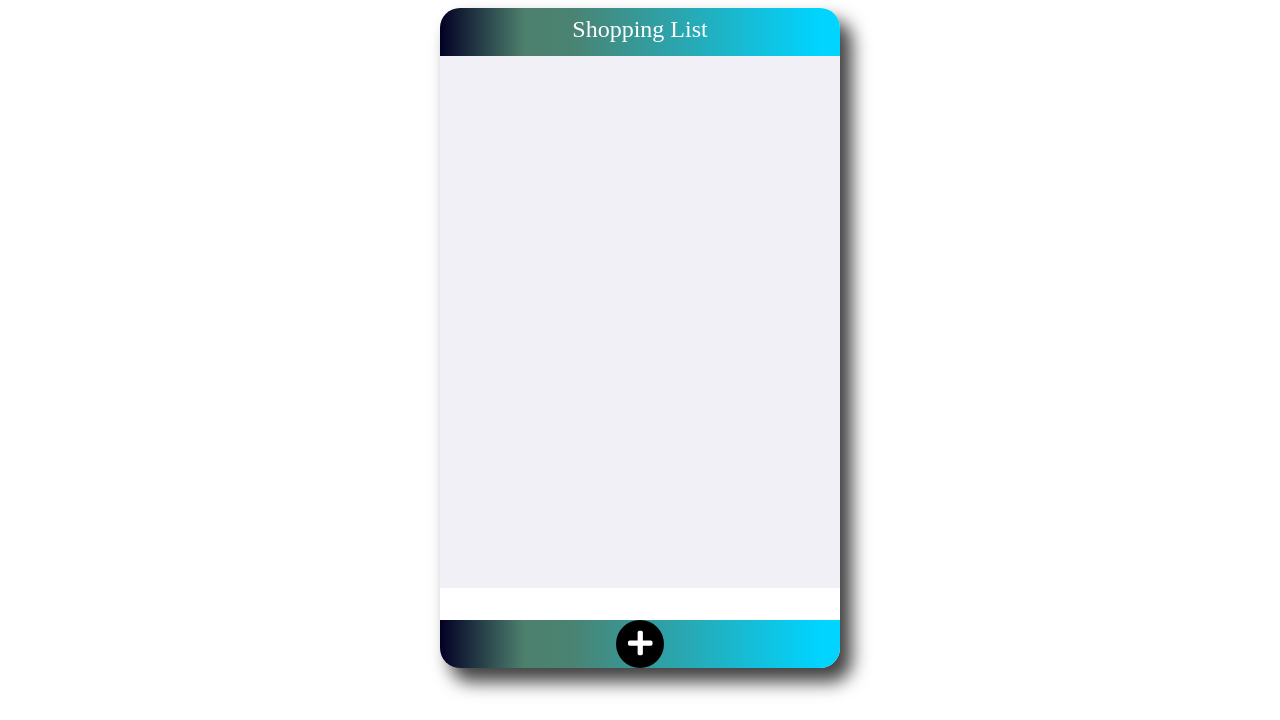
Repository: woojinShim/Browser-Study
Page: shopping/index.html
The author's editor kept a copy of each file at every save. The page is drawn from the files as they stood at one save, then again after the next save.
The browser window is 1280 px wide. The pictures show the whole page.

Above is the page before, as saved 2022-02-07 15:32:32.

### shopping/index.html
<!DOCTYPE html>
<html lang="en">
<head>
    <meta charset="UTF-8">
    <meta http-equiv="X-UA-Compatible" content="IE=edge">
    <meta name="viewport" content="width=device-width, initial-scale=1.0">
    <title>Document</title>
    <script src="main.js" defer></script>
    <link rel="stylesheet" href="style.css">
    <script src="https://use.fontawesome.com/releases/v5.15.4/js/all.js" data-auto-replace-svg="nest"></script>
</head>
<body>
    <section class="list">
        <header class="header">Shopping List</header>
        <ul class="items">
            <li class="item__row"></li>
        </ul>
        <footer class="footer">
            <form class="new-form">
                <input type="text" class="footer__input">
                <button type="submit" class="footer__button"><i class="fas fa-plus"></i></button>
            </form>
        </footer>
    </section>
</body>
</html>

### shopping/main.js
const items = document.querySelector('.items');
const form = document.querySelector('.new-form');
const input = document.querySelector('.footer__input');
const addBtn = document.querySelector('.footer__button');

form.addEventListener('submit', event => {
    event.preventDefault();
    onAdd();
})

function onAdd() {
    // 1. 사용자가 입력한 텍스트를 받아옴.
    const text = input.value;

    if(text === '') {
        input.focus();
        return;
    }
    // 2. 새로운 아이템을 만듬 (텍스트 + 삭제 버튼)
    const item = createItem(text);
    // 3. items 컨테이너 안에 새로 만든 아이템을 추가한다.
    items.appendChild(item);
    // 4. 새로 추가된 아이템으로 스크롤링
    item.scrollIntoView({ block: 'center'});
    // 5. 인풋을 초기화 한다.
    input.value = '';
    input.focus();
}

let id = 0; // UUID
function createItem(text) {
    const itemRow = document.createElement('li');
    itemRow.setAttribute('class', 'item__row');
    itemRow.setAttribute('data-id', id);
    itemRow.innerHTML = `
        <div class="item">
            <span class="item__name">${text}</span>
            <button class="item__delete">
                <i class="fas fa-trash-alt" data-id=${id}></i>
            </button>
        </div>
        <div class="item__divider"></div>
        `;
        id++;
    return itemRow;
}

items.addEventListener('click', event => {
    const id = event.target.dataset.id;
    if(id) {
        const toBeDeleted = document.querySelector(`.item__row[data-id="${id}"]`);
        toBeDeleted.remove();
    }

});

### shopping/style.css
* {
  box-sizing: border-box;
}

ul {
  padding: 0;
}

button {
  outline: none;
  background: transparent;
  border: none;
  cursor: pointer;
}

body {
  background-color: ced3df;
  text-align: center;
}

.list {
  width: 400px;
  margin: auto;
  background-color: #f1f0f7;
  border-radius: 20px;
  -webkit-box-shadow: 11px 13px 18px 1px rgba(0, 0, 0, 0.75);
  -moz-box-shadow: 11px 13px 18px 1px rgba(0, 0, 0, 0.75);
  box-shadow: 11px 13px 18px 1px rgba(0, 0, 0, 0.75);
}

.header {
  height: 48px;
  padding: 8px;
  font-size: 24px;
  background: rgb(2, 0, 36);
  background: linear-gradient(
    90deg,
    rgba(2, 0, 36, 1) 0%,
    rgba(77, 128, 109, 1) 21%,
    rgba(74, 131, 114, 1) 33%,
    rgba(0, 212, 255, 1) 95%
  );
  border-radius: 20px 20px 0 0;
  color: white;
}

.items {
  height: 500px;
  overflow-y: auto;
}

.item {
  display: flex;
  justify-content: space-between;
  padding: 8px 32px;
}

.item__delete {
  font-size: 16px;
  transition: all 300ms ease-in;
}

.item__delete:hover {
  color: red;
  transform: scale(1.1);
}

.item__divider {
  width: 90%;
  height: 1px;
  background-color: lightgray;
  margin: auto;
}

.footer {
  background: rgb(2, 0, 36);
  background: linear-gradient(
    90deg,
    rgba(2, 0, 36, 1) 0%,
    rgba(77, 128, 109, 1) 21%,
    rgba(74, 131, 114, 1) 33%,
    rgba(0, 212, 255, 1) 95%
  );
  border-radius: 0 0 20px 20px;
}

.footer__input {
  width: 100%;
  height: 32px;
  border: none;
  outline: none;
  font-size: 24px;
  padding: 0 16px;
}

.footer__button {
  width: 48px;
  height: 48px;
  font-size: 28px;
  background-color: black;
  border-radius: 50%;
  color: white;
  transition: transform 300ms ease-in;
}

.footer__button:hover {
  transform: scale(1.1);
}

After the next save:
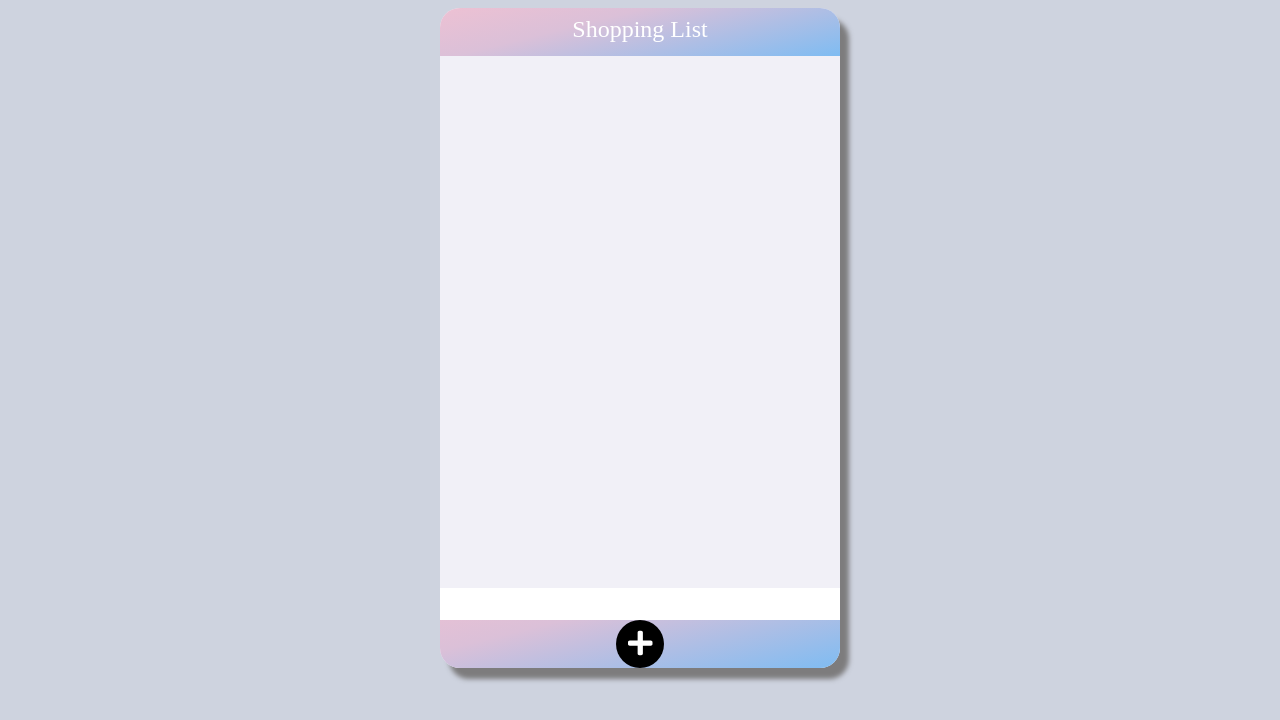
Saved 34 min 12 s later.
--- a/shopping/style.css
+++ b/shopping/style.css
@@ -14,7 +14,7 @@ button {
 }
 
 body {
-  background-color: ced3df;
+  background-color: #ced3df;
   text-align: center;
 }
 
@@ -22,26 +22,25 @@ body {
   width: 400px;
   margin: auto;
   background-color: #f1f0f7;
+  -webkit-box-shadow: 9px 11px 5px 0px rgba(125, 124, 125, 1);
+  -moz-box-shadow: 9px 11px 5px 0px rgba(125, 124, 125, 1);
+  box-shadow: 9px 11px 5px 0px rgba(125, 124, 125, 1);
   border-radius: 20px;
-  -webkit-box-shadow: 11px 13px 18px 1px rgba(0, 0, 0, 0.75);
-  -moz-box-shadow: 11px 13px 18px 1px rgba(0, 0, 0, 0.75);
-  box-shadow: 11px 13px 18px 1px rgba(0, 0, 0, 0.75);
 }
 
 .header {
   height: 48px;
   padding: 8px;
   font-size: 24px;
-  background: rgb(2, 0, 36);
+  background: rgba(237, 193, 211);
   background: linear-gradient(
-    90deg,
-    rgba(2, 0, 36, 1) 0%,
-    rgba(77, 128, 109, 1) 21%,
-    rgba(74, 131, 114, 1) 33%,
-    rgba(0, 212, 255, 1) 95%
+    166deg,
+    rgba(237, 193, 211, 1) 0%,
+    rgba(219, 192, 216, 1) 35%,
+    rgba(127, 188, 242, 1) 100%
   );
+  color: white;
   border-radius: 20px 20px 0 0;
-  color: white;
 }
 
 .items {
@@ -73,13 +72,12 @@ body {
 }
 
 .footer {
-  background: rgb(2, 0, 36);
+  background: rgba(237, 193, 211);
   background: linear-gradient(
-    90deg,
-    rgba(2, 0, 36, 1) 0%,
-    rgba(77, 128, 109, 1) 21%,
-    rgba(74, 131, 114, 1) 33%,
-    rgba(0, 212, 255, 1) 95%
+    166deg,
+    rgba(237, 193, 211, 1) 0%,
+    rgba(219, 192, 216, 1) 35%,
+    rgba(127, 188, 242, 1) 100%
   );
   border-radius: 0 0 20px 20px;
 }
